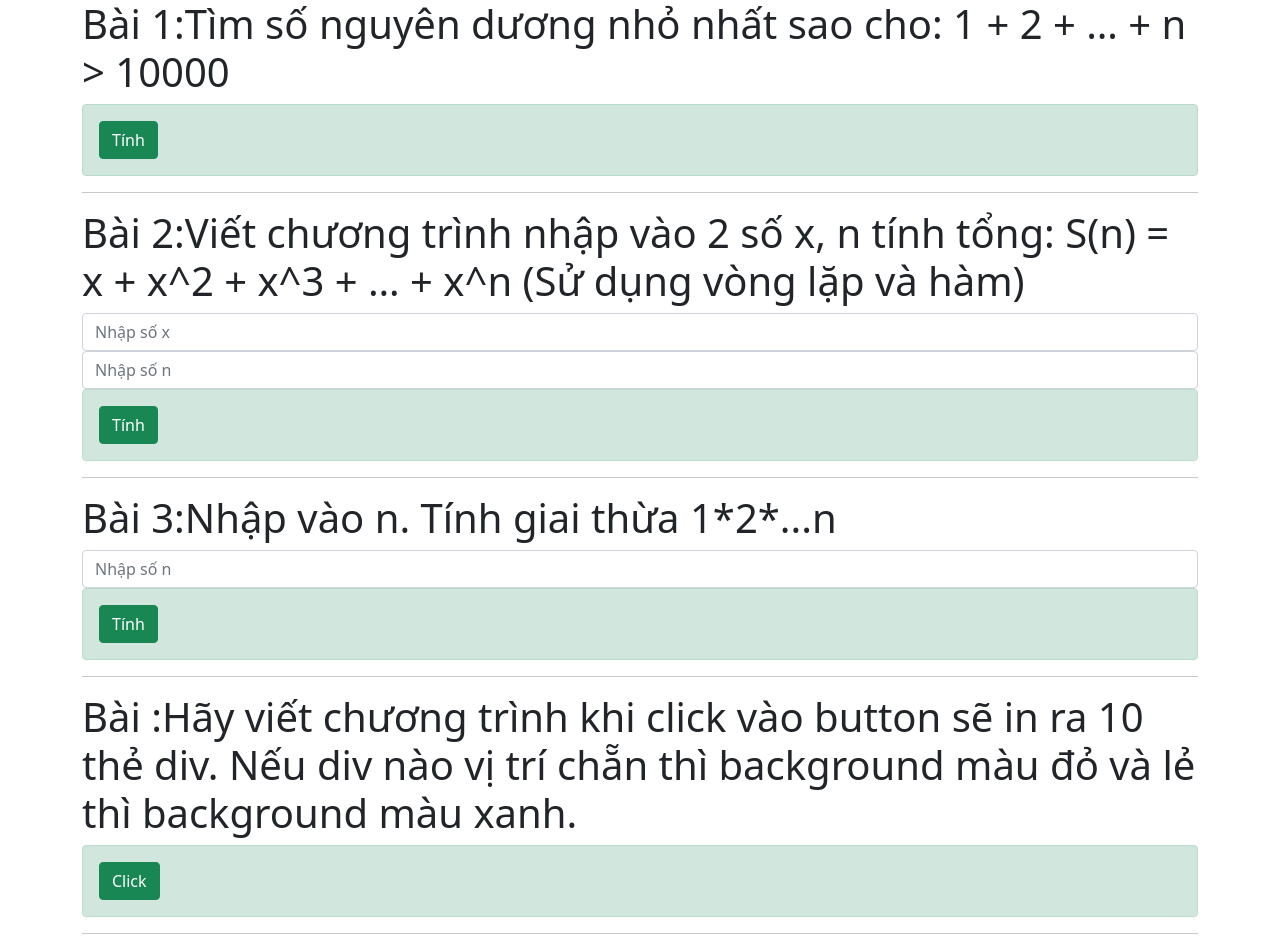
Repository: qkhanh1104k/Js-buoi6_vonglap
Page: index.html
An editor plug-in stored every save of this project. The page is shown before and after the next save, followed by the edit.
The browser window is 1280 px wide. The pictures show the whole page.

Above is the page before, as saved 2022-07-21 14:35:58.

After the next save:
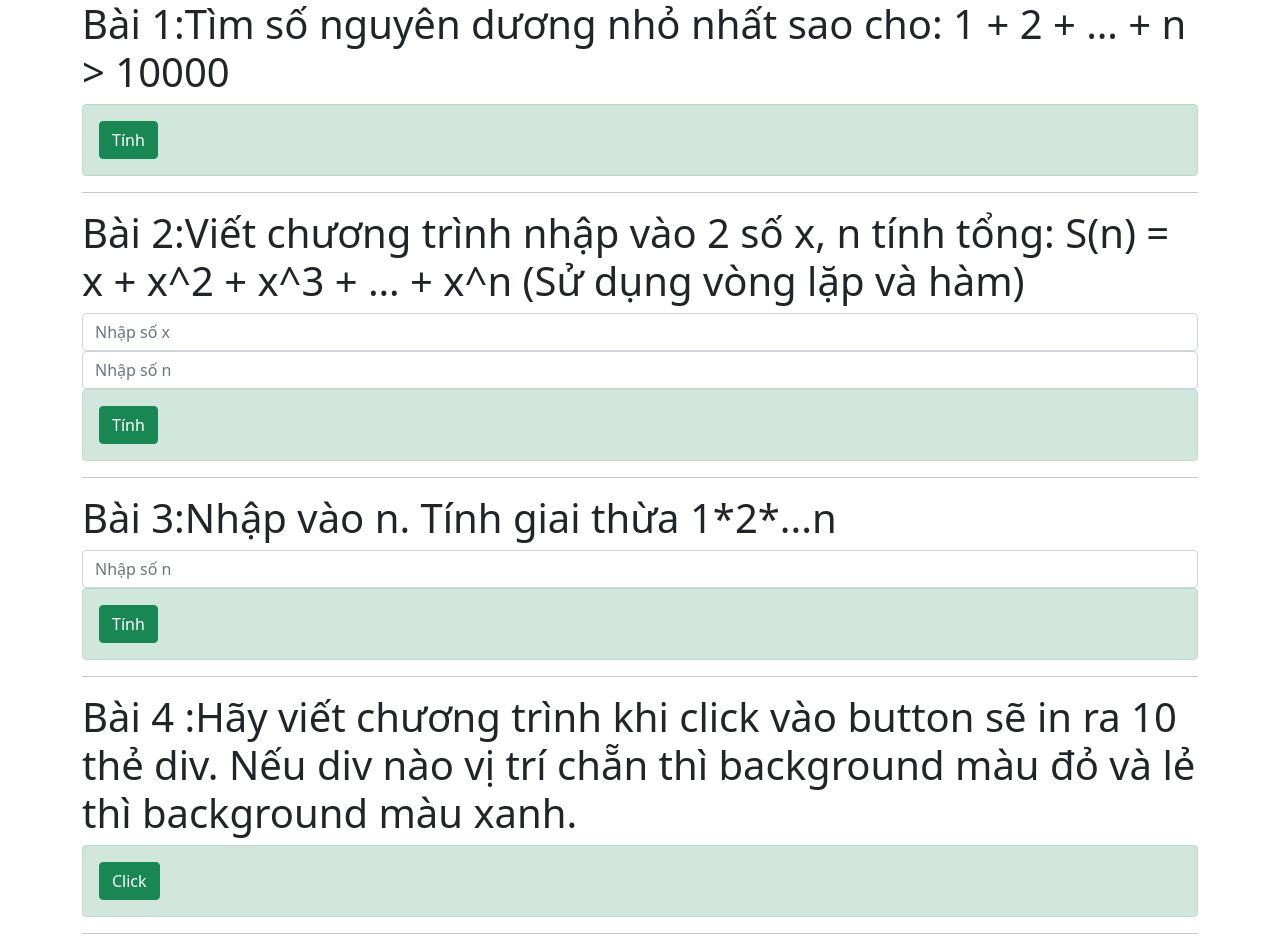
Saved 7 s later.
--- a/index.html
+++ b/index.html
@@ -57,11 +57,21 @@
       </div>
       <hr />
       <h1>
-        Bài :Hãy viết chương trình khi click vào button sẽ in ra 10 thẻ div. Nếu
+        Bài 4 :Hãy viết chương trình khi click vào button sẽ in ra 10 thẻ div. Nếu
         div nào vị trí chẵn thì background màu đỏ và lẻ thì background màu xanh.
       </h1>
       <div class="alert alert-success" id="resBt3">
         <button class="btn btn-success" onclick="demoWhile4()">Click</button>
+        <div class="color"></div>
+        <div class="color"></div>
+        <div class="color"></div>
+        <div class="color"></div>
+        <div class="color"></div>
+        <div class="color"></div>
+        <div class="color"></div>
+        <div class="color"></div>
+        <div class="color"></div>
+        <div class="color"></div>
       </div>
       <hr />
     </div>
